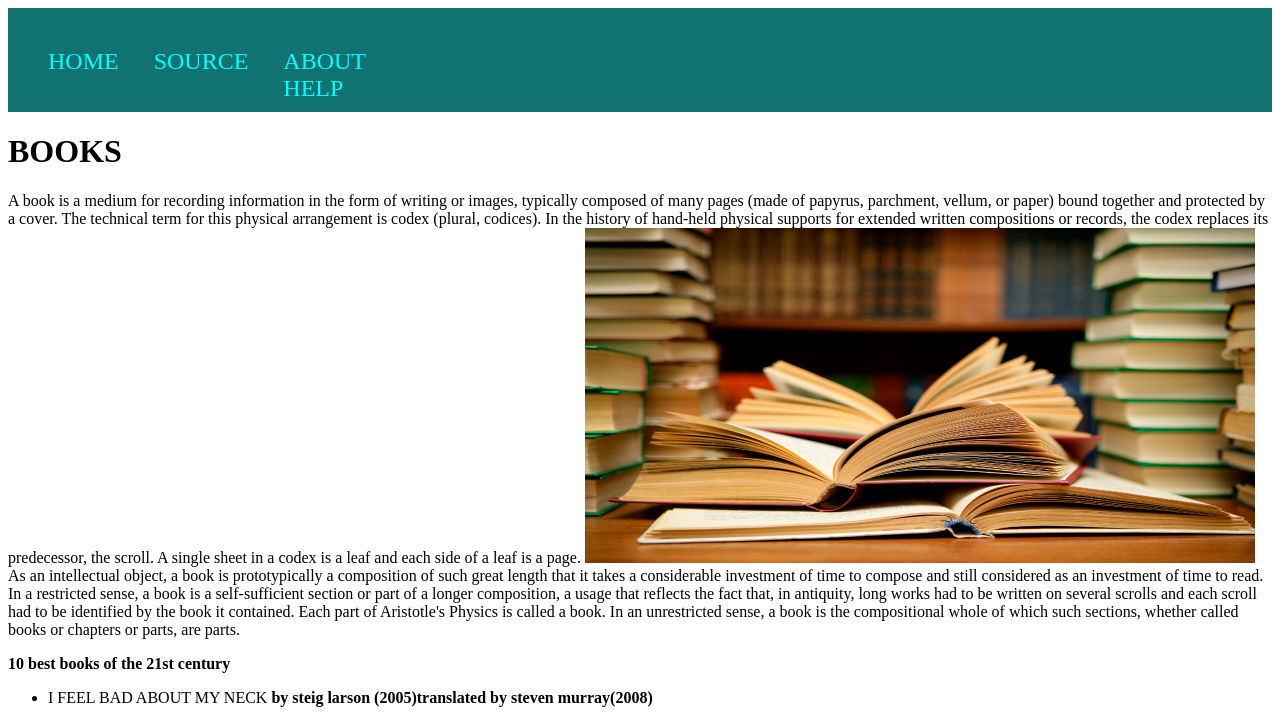
Repository: Hanan-arts/websites
Page: 01 web design/website.html
The author's editor kept a copy of each file at every save. The page is drawn from the files as they stood at one save, then again after a run of saves.
The browser window is 1280 px wide. The pictures show the whole page.

Above is the page before, as saved 2021-02-13 21:06:10.

After the next 2 saves:
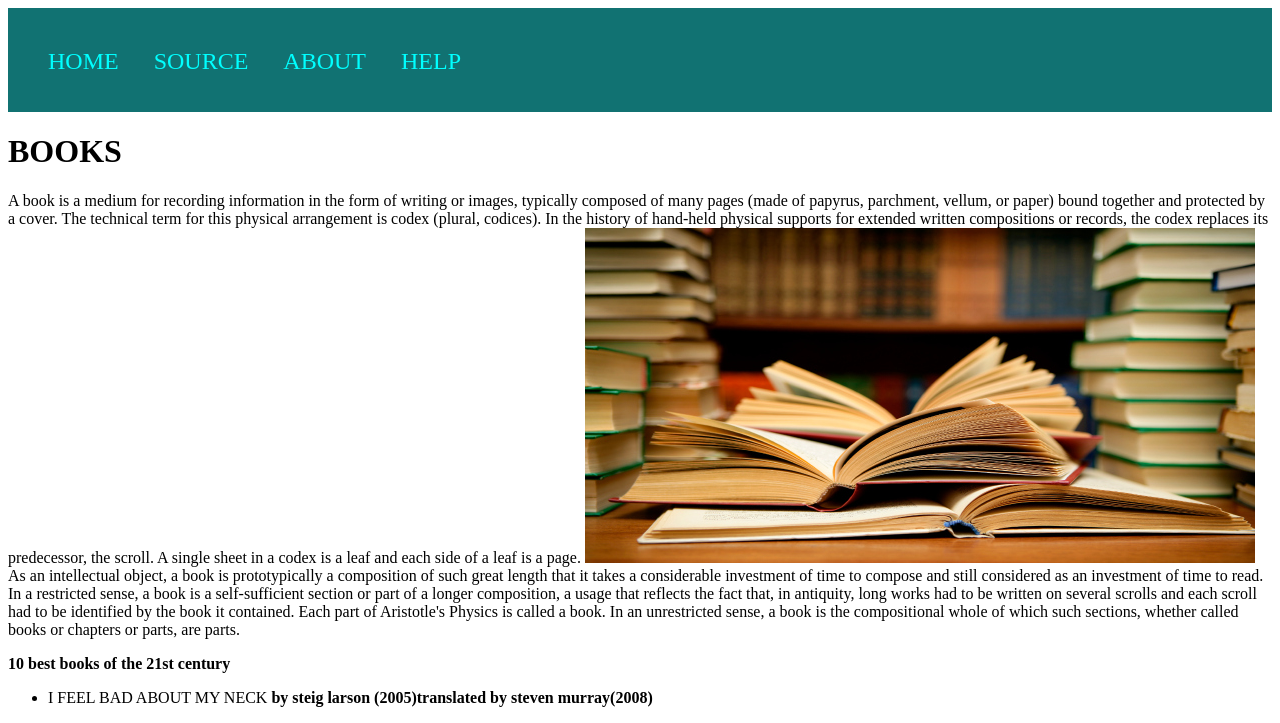
The 2 saves are shown as one change because they came seconds apart.
The last was saved 8 s later.
--- a/01 web design/website.html
+++ b/01 web design/website.html
@@ -17,7 +17,7 @@
             <div class="nav-link-wrapper">
                 <a href="Source.html">SOURCE</a></div>
                 <div class="nav-link-wrapper">
-                    <a href="About.html">ABOUT</a>
+                    <a href="About.html">ABOUT</a></div>
                     <div class="nav-link-wrapper">
                         <a href="Help.html">HELP</a>
                     </div>
